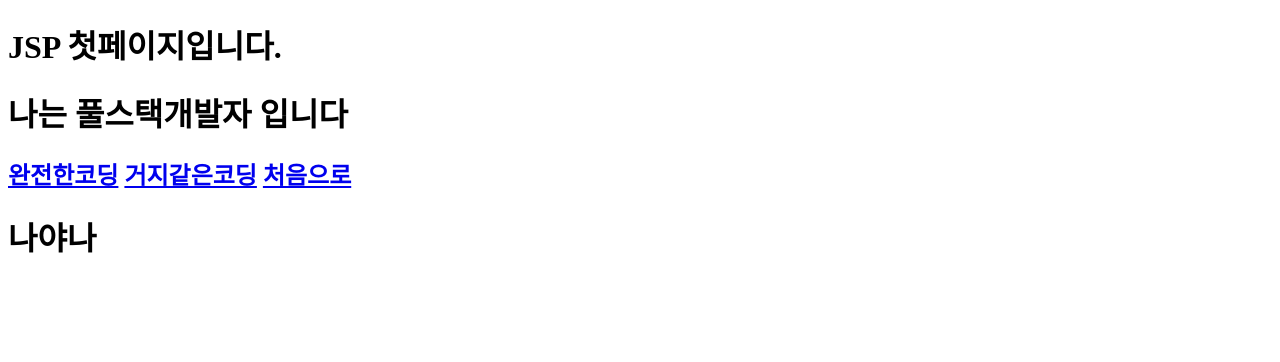
Repository: hosung0c0/jd22-jsp-pj
Page: http://localhost/app.jsp/
These files come from the project's save history. The page is drawn as it stood at one moment and after the next save; the edit follows.
The browser window is 1280 px wide. The pictures show the whole page.
The page is served by Tomcat 9.

Above is the page before, as saved 2022-11-09 06:16:02.

After the next save:
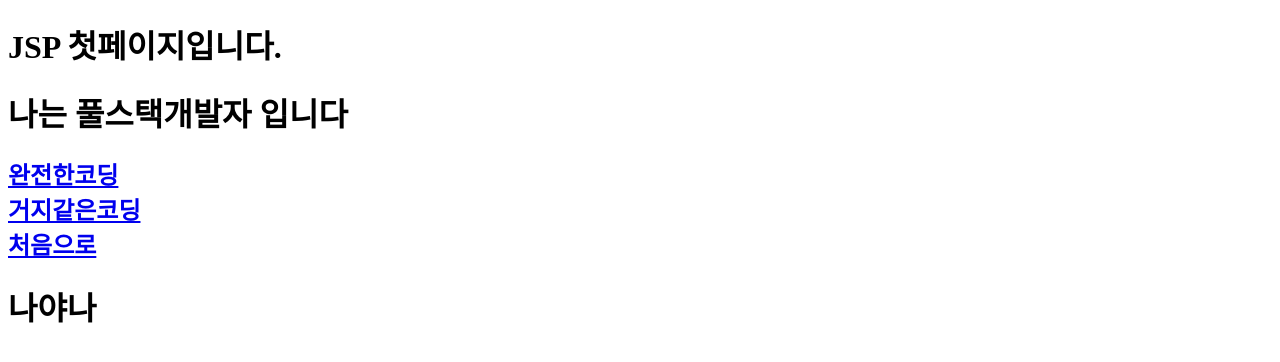
Saved 49 s later.
--- a/app.jsp/WebContent/index.jsp
+++ b/app.jsp/WebContent/index.jsp
@@ -31,9 +31,11 @@
 	<!-- 스크립트 표현식 (츨력) -->
 	<h1><%=user%></h1>
 	<h2>
-		<a href="index,jsp?msg='Perfect Coding'">완전한코딩</a>
-		<a href="index,jsp?msg='Poor Coding'">거지같은코딩</a>
-		<a href="index,jsp">처음으로</a>
+		<a href="index.jsp?msg='Perfect Coding'">완전한코딩</a>
+		<br>
+		<a href="index.jsp?msg='Poor Coding'">거지같은코딩</a>
+		<br>
+		<a href="index.jsp">처음으로</a>
 	</h2>
 	<div><%=myFn()%></div>
 
